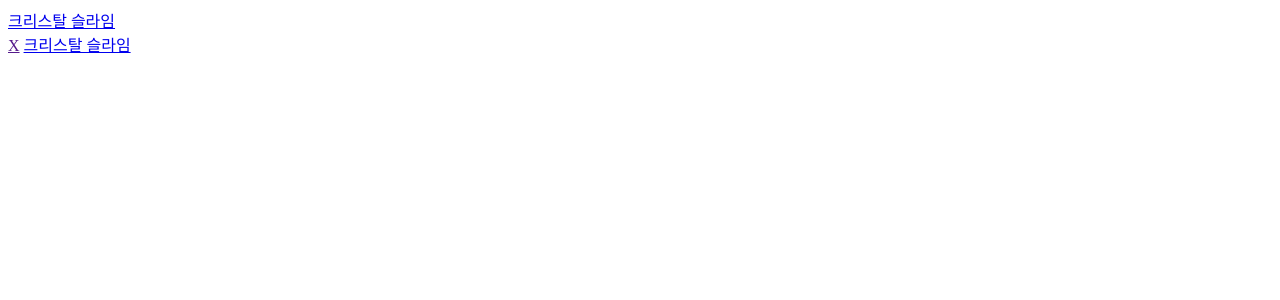
Repository: keepsus/gaebokchi
Page: http://localhost/uzuslime/sideMenu.jsp
An editor plug-in stored every save of this project. The page is shown before and after the next save, followed by the edit.
The browser window is 1280 px wide. The pictures show the whole page.
The page is served by Tomcat 9. Nobody is signed in. The application's start-up code is not run. Other server files are loaded and not shown.

Above is the page before, as saved 2021-01-30 13:49:25.

### uzuslime/src/main/webapp/sideMenu.jsp
<%@ page language="java" contentType="text/html; charset=UTF-8"
    pageEncoding="UTF-8"%>

<!---------------------->
<!---------MENU--------->
<!---------------------->
<section class="sidebar-section">
    <div class="menu-left">
        <span class="openMenu" onclick="openNav()"><ion-icon name="menu-outline"></ion-icon></span>
    </div>
    <div class="menu-center">
        <a href="index.jsp">크리스탈 슬라임</a>
    </div>
</section>

<!---------------------->
<!--------SIDEBAR------->
<!---------------------->
<div id="mySideNav" class="sideNav">
    <a href="" class="closeBtn" onclick="closeNav()">X</a>
    <a href="#" style="margin-top: 20px; font-size: 150%;"><ion-icon name="rocket-outline"></ion-icon></a>
    <a href="index.jsp" style="margin-top: 20px;">크리스탈 슬라임</a>
</div>

After the next save:
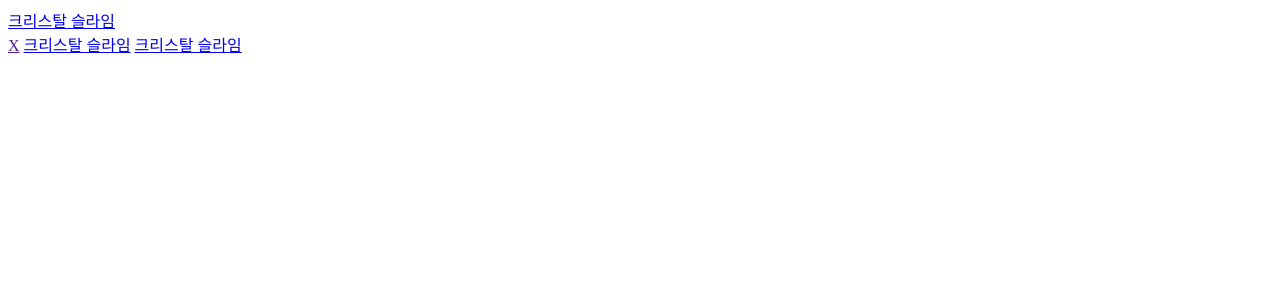
Saved 87 s later.
--- a/uzuslime/src/main/webapp/sideMenu.jsp
+++ b/uzuslime/src/main/webapp/sideMenu.jsp
@@ -20,4 +20,5 @@
     <a href="" class="closeBtn" onclick="closeNav()">X</a>
     <a href="#" style="margin-top: 20px; font-size: 150%;"><ion-icon name="rocket-outline"></ion-icon></a>
     <a href="index.jsp" style="margin-top: 20px;">크리스탈 슬라임</a>
+    <a href="index.jsp" style="margin-top: 20px;">크리스탈 슬라임</a>
 </div>
